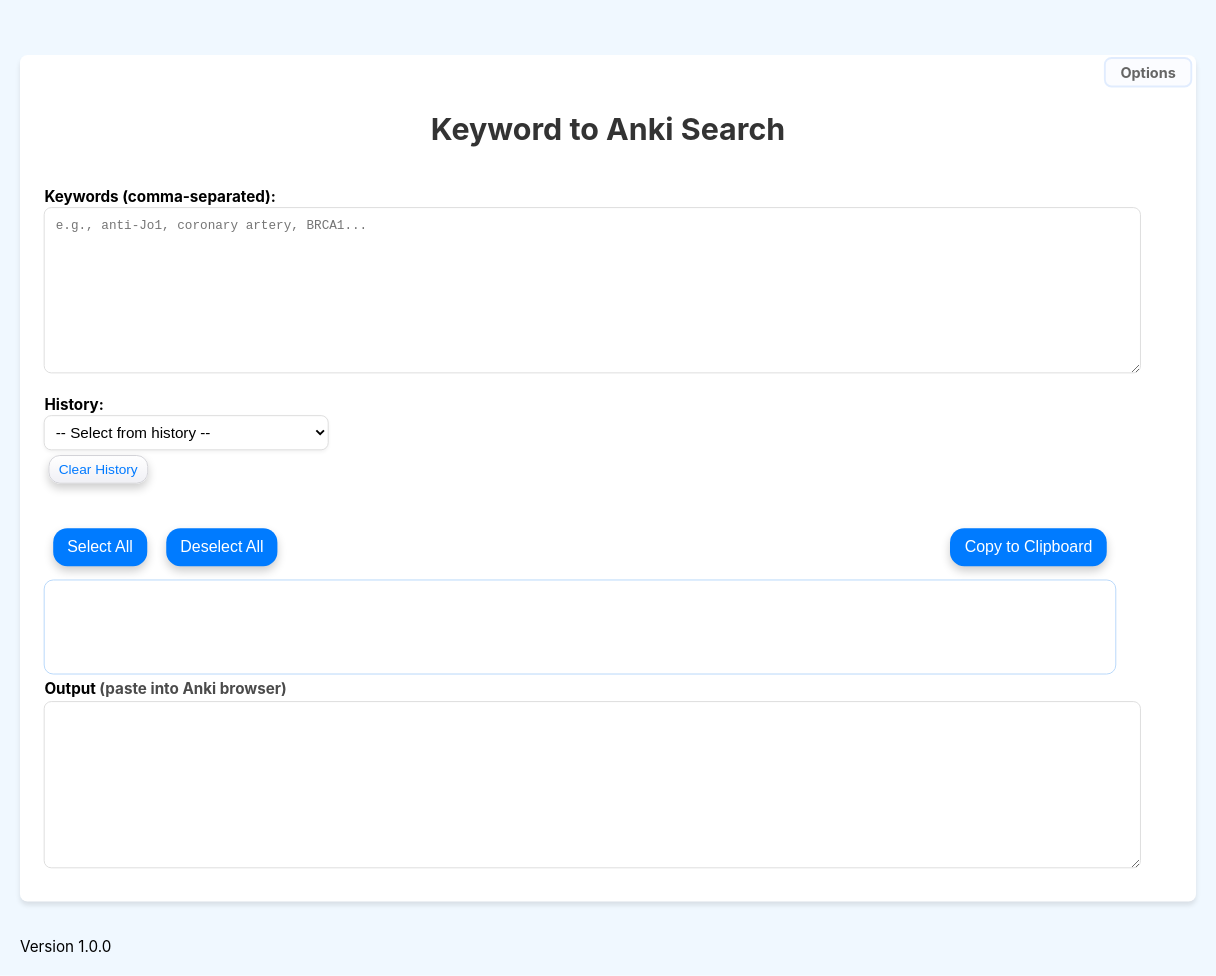
Repository: sharperdragon/Keyword-to-Search
Page: index.html
An editor plug-in stored every save of this project. The page is shown before and after the next save, followed by the edit.
The browser window is 1280 px wide. The pictures show the whole page, at 95% of full size.

Above is the page before, as saved 2025-05-10 16:13:43.

### index.html
<!DOCTYPE html>
<html lang="en">
<head>
    <meta charset="UTF-8">
    <meta name="viewport" content="width=device-width, initial-scale=1.0">
    <title>Anki Easy Search</title>
    <link rel="stylesheet" href="/Keyword-to-Search/static/style.css">
    <link rel="icon" href="/UWorld-ID-to-Anki-Tag/favicon.png" type="image/png">
</head>
<body>
    <div class="container">
        <!-- Mode Section with Options hover effect -->
        <div id="mode_section">
            <span>Options</span>
            <div class="options_container">
                <div class="field_option selected_field_option" data-value="Text">Text</div>
                <div class="field_option" data-value="Front">Front</div>
                <div class="field_option" data-value="Extra">Extra</div>
                <div class="field_option" data-value="NID">NID</div>
                <div class="field_option" data-value="CID">CID</div>
                <div class="field_option" data-value="Any">*ANY*</div>
            </div>
            <select id="field_select" style="display:none;">
                <option value="Text" selected>Text</option>
                <option value="Front">Front</option>
                <option value="Extra">Extra</option>
                <option value="NID">NID</option>
                <option value="CID">CID</option>
                <option value="Any">*Any*</option>
            </select>
        </div>
        <h1>Keyword to Anki Search</h1>
        <div class="input-history-wrapper sticky-history">
            <!-- Input Field -->
            <div>
                <label for="input_ids">Keywords (comma-separated):</label>
                <textarea id="input_ids" rows="4" placeholder="e.g., anti-Jo1, coronary artery, BRCA1..."></textarea>
            </div>

            <!-- History Dropdown -->
            <div style="min-width: 220px; max-width: 300px;">
                <label for="history_select">History:</label>
                <select id="history_select" style="width: 100%;">
                    <option value=""> - Select from history - </option>
                </select>
            </div>
        </div>

        <!-- Buttons for Select All/Deselect All -->
        <div id="selection_buttons">
            <button id="select_all">Select All</button>
            <button id="deselect_all">Deselect All</button>
            <button id="copy_button">Copy to Clipboard</button>
        </div>

        <!-- Generated Questions -->
        <div id="question_list"></div>

        <!-- Output Section -->
        <label for="output_text">Output <span style="opacity:0.7">(paste into Anki browser)</span></label>
        <textarea id="output_text" rows="5" readonly></textarea>
    </div>

    <script type="module" src="./static/script.js"></script>
    <footer>Version 1.0.0</footer>
</body>
</html>

### static/style.css
body {
    font-family: "Rubik", -apple-system, system-ui, BlinkMacSystemFont, Segoe UI, Roboto, Helvetica, Arial, sans-serif;
    margin: 20px;
    padding: 1px;
    max-width: -webkit-fill-available;
    background-color: aliceblue;
}

.container {
    max-width: 98vw;
    margin: 3% auto;
    padding: 2%;
    background: #ffffff;
    border-radius: 8px;
    box-shadow: 0 4px 6px rgba(0, 0, 0, 0.1);
    display: flex;
    flex-direction: column; /* Stacks items vertically */
    align-items: unset; /* Centers items horizontally */
    gap: 3px; /* Adds consistent spacing */
}

h1 {
    text-align: center;
    color: #333333;
    padding: 1%;
}

label {
    font-weight: bold;
    margin: 0;
    display: block;
    padding: 1px;
}

textarea {
    width: 95%;
    margin-bottom: 10px;
    min-height:150px;
    padding: 10px;
    border: 1px solid #ddd;
    border-radius: 8px;
    padding: 1%;
    max-width: -webkit-fill-available;
}

/* Fix all divs to maintain consistent height */
div {
    position: relative; /* Prevents hover effects from changing layout */

}

/* Button Styles */
button {
    background-color: #007bff;
    display: inline-flex;
    gap: 10px;
    color: white;
    border: none;
    padding: 10px 15px;
    border-radius: 15px;
    cursor: pointer;
    font-size: 105%;
    box-shadow: 0 5px 10px rgba(0, 0, 0, 0.2);
    transition: transform 0.2s ease, box-shadow 0.2s ease;
    position: relative; /* Lock button in place */
    box-sizing: border-box; /* Ensure padding and border don't affect size */
    z-index: 1; /* Ensure hover effects stay above other elements */
    margin: 10px;
}

/* Hover effect without shifting elements */
button:hover {
    background-color: #0c66c6;
    color: offwhite;
    box-shadow: 0 8px 12px rgba(0, 0, 0, 0.3);
    transform: translateY(2px); /* Hover effect without affecting layout */
}

div#selection_buttons {
    display: flex;
    justify-content: space-between;
    align-items: center;
    width: 95%;
    margin: 0 0 1px 0;
    margin-top: 4px;
}

#mode_section {
    position: absolute;  /* Fixed positioning */
    top: 2px;
    right: 4px;
    width: 75px;         /* 🔒 Lock width */
    height: 20px;         /* 🔒 Lock height */
    background-color: #f9fbff;
    border: 2px solid #cee1fe;
    border-radius: 8px;
    padding: 4px 7px;
    font-size: 95%;
    opacity: 0.6;
    transition: background-color 0.3s ease, opacity 0.3s ease;
    display: flex;
    align-items: center;
    justify-content: center;
    z-index: 200;
}

#mode_section:hover {
    opacity: 1;
    background-color: #e8f0ff;
    border-top-left-radius:0px;
    border-bottom-left-radius:0px;
    border-left: none;
}

#mode_section span {
    font-weight: bold;
    pointer-events: none; /* So only the container triggers hover */
}
/* Hide the options by default */
.options_container {
    display: none;
    position: absolute;
    top: -2px;  /* below the #mode_section */
    right: 89px;
    /* background-color: white; */
    box-shadow: 0 6px 10px rgba(0, 0, 0, 0.1);
    padding: 0px;
    border-radius: 8px;
    z-index: 300;
    flex-direction: column;
    gap: 0;
    object-fit:contain;
    /* min-width: 120px; */
}

/* Reveal on hover without affecting layout */
#mode_section:hover .options_container {
    display: flex;
    border-top-right-radius:0px;
    border: 1px solid #d0e3ff;
    overflow:hidden;
}

.field_option {
    position: relative;
    overflow: hidden;
    cursor: pointer;
    font-size: 16px;
    transition: background-color 0.2s ease, transform 0.1s ease;
    background-color: #ffffff;
    padding: 10px 14px;
    border-radius: 0px;
    box-shadow: 0 -px 8px rgba(0, 0, 0, 0.1);
    margin: 0.2px 0;
    width: 60px;
    overflow:hidden;
}

.field_option:hover {
    background-color: #e0ecff;
    overflow:hidden;
}

.field_option:active {
    background-color: #d0dcf5;
    transform: scale(0.96);
    overflow:hidden;
}

.selected_field_option {
    background-color: #b9cdf9 !important;
    color: #003366;
    font-weight: bold;
}




/* Container for question list */
div#question_list {
    display: flex;
    flex-wrap: wrap; /* Allow wrapping of items to next row */
    gap: 10px; /* Space between items */
    overflow-x: auto; /* Enable horizontal scrolling */
    overflow-y: hidden; /* Disable vertical overflow */
    width: 95%;
    padding: 10px;
    box-sizing: border-box;
    border: 1px solid #b7d7fa;
    border-radius: 10px;
    min-height: 100px; /* Set a fixed height */
    max-height:60vh;
    overflow:auto;
}

/* Styling for each individual label (checkbox item) */
#question_list label {
    display: flex;
    align-items: center;
    justify-content: flex-start;
    box-sizing: border-box;
    padding: 1px 2px;
    background-color: #f9f9f9;
    border: 1px solid #ddd;
    border-radius: 5px;
    cursor: pointer;
    width: fit-content; /* 10 questions per row, adjust the width accordingly */
    min-width: 230px;
    word-wrap: normal; /* Break long words if necessary */
    max-height: 38px;
    padding: 8px 2px;
}
#question_list label span.id {
    padding-right:4px;
}

/* Ensures the checkboxes and text are aligned correctly */
#question_list input[type="checkbox"] {
    margin-right: 10px; /* Space between checkbox and text */
}

/* Styling for the question number */
.number {
    margin-right: 8px; /* Adjust the space between the number and ID */
}

.id {
    opacity: 0.7; /* Maintain the desired opacity for the question ID */
}

#copy_button {
    margin-left: auto;
}


/* Updated history section */
div#history_section {
    display: flex;
    gap: 10px;
    align-items: flex-start;
    margin-bottom: 10px;
}

div#history_section > div {
    flex: 1;
}

div#history_section > div > label {
    margin: 0;
}

div#history_section > div > select {
    width: 100%;
}

#history_select {
    padding: 8px;
    font-size: 100%;
    border-radius: 8px;
    border: 1px solid #ddd;
    background-color: #fff;
    box-shadow: 0 2px 4px rgba(0,0,0,0.05);
    transition: border-color 0.3s ease, box-shadow 0.3s ease;
}

#history_select:focus {
    border-color: #007bff;
    outline: none;
    box-shadow: 0 0 5px rgba(0,123,255,0.5);
}

.input-history-wrapper {
    display: flex;
    flex-direction: column;
    gap: 8px;
    margin-bottom: 12px;
}

.sticky-history {
    position: static;
    z-index: auto;
    background-color: white;
    padding-top: 4px;
    padding-bottom: 8px;
}

.history-feedback {
    position: relative;
    right: 0;
    top: -10px;
    font-size: 14px;
    color: green;
    animation: floatUpFade 0.7s ease forwards;
    pointer-events: none;
    user-select: none;
    z-index: 1000;
    white-space: nowrap;
}

/* Subtle button press animation */
button:active {
    transform: translateY(1px);
    box-shadow: 0 3px 6px rgba(0, 0, 0, 0.2);
}

/* Make Clear History button a bit smaller and softer */
#clear_history_button {
    background: linear-gradient(to bottom, #ffffff, #f0f0f5);
    color: #007aff;
    border: 1px solid #d1d1d6;
    border-radius: 12px;
    font-weight: 500;
    font-size: 90%;
    padding: 6px 10px;
    cursor: pointer;
    transition: background 0.3s ease, transform 0.2s ease;
    margin-left: 5px;
    margin-top: 5px;
}

#clear_history_button:hover {
    background: #e5e5ea;
}

.ripple {
    position: relative;
    width: 10px;
    height: 10px;
    background: rgba(0, 123, 255, 0.4);
    opacity: 1;
    border-radius: 50%;
    transform: scale(0);
    animation: ripple-animation 0.6s linear;
    pointer-events: none;
    z-index: 0;
}

@keyframes ripple-animation {
    to {
        transform: scale(15);
        opacity: 0;
    }
}

### static/script.js
import { debounce, createDropdown, buildSearchClause, loadLocalStorage} from './utils.js';
let lastSavedInput = "";
const STORAGE_KEY = "keywordSearchHistory";

const inputField = document.getElementById("input_ids");
const questionList = document.getElementById("question_list");
const outputText = document.getElementById("output_text");
const selectAllButton = document.getElementById("select_all");
const deselectAllButton = document.getElementById("deselect_all");
const copyButton = document.getElementById("copy_button");
const historySelect = document.getElementById("history_select");

// Update the question list dynamically and save to history on input
inputField.addEventListener("input", debounce(() => {
    updateQuestionList(); // update displayed items only
}, 300));

// Event listener for Select All button
selectAllButton.addEventListener("click", () => {
    toggleSelection(true);
    updateOutput();
});

function saveToHistory(entry) {
    if (!entry || !entry.trim()) return;
    const fieldValue = document.getElementById("field_select") ? document.getElementById("field_select").value : "Text";
    let history = JSON.parse(localStorage.getItem(STORAGE_KEY) || "[]");
    history = history.filter(e => e.input !== entry); // Remove duplicates
    history.unshift({input: entry, field: fieldValue}); // Add to top
    if (history.length > 20) history = history.slice(0, 20); // Limit size
    localStorage.setItem(STORAGE_KEY, JSON.stringify(history));
    updateHistoryDropdown();

    // Visual feedback
    const feedback = document.createElement("span");
    feedback.className = "history-feedback";
    feedback.textContent = "+1";
    const parent = historySelect.parentElement;
    parent.style.position = "relative";
    parent.appendChild(feedback);
    setTimeout(() => feedback.remove(), 1000);
}

function updateHistoryDropdown() {
    const history = JSON.parse(localStorage.getItem(STORAGE_KEY) || "[]");
    historySelect.innerHTML = '<option value="">-- Select from history --</option>';
    history.forEach(item => {
        const option = document.createElement("option");
        option.value = JSON.stringify(item);
        option.textContent = `${item.input} (Field: ${item.field})`;
        historySelect.appendChild(option);
    });
}

historySelect.addEventListener("change", () => {
    if (historySelect.value) {
        try {
            const selected = JSON.parse(historySelect.value);
            inputField.value = selected.input;
            const fieldSelect = document.getElementById("field_select");
            if(fieldSelect && selected.field) {
                fieldSelect.value = selected.field;
            }
            updateQuestionList();
        } catch(e) {
            // Fallback if parsing fails
            inputField.value = historySelect.value;
            updateQuestionList();
        }
    }
});

// Removed inline call to populateHistoryDropdown to avoid race conditions

// Event listener for Deselect All button
deselectAllButton.addEventListener("click", () => {
    toggleSelection(false);
    updateOutput();
});

function updateQuestionList() {
    questionList.innerHTML = ""; // Clear previous list
    const inputIDs = inputField.value.trim();

    if (!inputIDs) {
        if (lastSavedInput !== "") {
            saveToHistory("");
            lastSavedInput = "";
            updateHistoryDropdown();
        }
        return;
    }

    const ids = [];
    const regex = /"([^"]+)"|([^,]+)/g;
    let match;
    while ((match = regex.exec(inputIDs)) !== null) {
        const item = match[1] ? `"${match[1].trim()}"` : match[2].trim();
        if (item) ids.push(item);
    }

    ids.forEach((id, index) => {
        const label = document.createElement("label");
        const checkbox = document.createElement("input");
        checkbox.type = "checkbox";
        checkbox.value = id;
        checkbox.checked = true;
        label.appendChild(checkbox);
        label.innerHTML += `
            <span class="number">${index + 1})</span>
            <span class="space"> </span>
            <span class="id">${id}</span>`;
        questionList.appendChild(label);
        questionList.appendChild(document.createElement("br"));
    });
    setTimeout(updateOutput, 0);
}

function toggleSelection(selectAll) {
    const checkboxes = questionList.querySelectorAll("input[type='checkbox']");
    checkboxes.forEach(checkbox => {
        checkbox.checked = selectAll;
        checkbox.dispatchEvent(new Event("change"));
    });
}

function updateOutput() {
    const selectedIDs = Array.from(document.querySelectorAll("#question_list input:checked"))
                             .map(input => input.value);

    const selectedField = document.getElementById("field_select").value || "Text";

    if (!selectedIDs.length) {
        outputText.value = ""; // clear any text
        if (selectedField === "Text" || selectedField === "Front") {
            outputText.placeholder = `((${selectedField}:*jo1*) OR (${selectedField}:*antisaccromyces*) OR (${selectedField}:*poopy*))`;
        } else {
            outputText.placeholder = `((${selectedField}:jo1) OR (${selectedField}:antisaccromyces) OR (${selectedField}:poopy))`;
        }
        return;
    }
    function updatePlaceholderExample(selectedField) {
        const outputBox = document.getElementById("output_text");
        if (!outputBox) return;

        if (selectedField === "Text") {
            outputBox.placeholder = "((Text:*jo1*) OR (Text:*antisaccromyces*) OR (Text:*poopy*))";
        } else if (selectedField === "Front") {
            outputBox.placeholder = "((Front:*jo1*) OR (Front:*antisaccromyces*) OR (Front:*poopy*))";
        } else if (selectedField === "Extra") {
            outputBox.placeholder = "((Extra:*jo1*) OR (Extra:*antisaccromyces*) OR (Extra:*poopy*))";
        } else if (selectedField === "CID") {
            outputBox.placeholder = "((CID:jo1) OR (CID:antisaccromyces) OR (CID:poopy))";
        } else if (selectedField === "NID") {
            outputBox.placeholder = "((NID:jo1) OR (NID:antisaccromyces) OR (NID:poopy))";
        }
    }
    const outputParts = [];

    const fieldBehavior = {
        "Text": true,
        "Front": true,
        "Extra": true,
        "CID": false,
        "NID": false
    };
    const needsWildcard = fieldBehavior[selectedField] ?? true;

    selectedIDs.forEach(entry => {
        const words = entry.trim().split(/\s+/).map(w => w.trim()).filter(w => w.length > 0);

        if (words.length === 1) {
            if (needsWildcard) {
                outputParts.push(`(${selectedField}:*${words[0]}*)`);
            } else {
                outputParts.push(`(${selectedField}:${words[0]})`);
            }
        } else if (words.length > 1) {
            const wordClauses = words.map(w => {
                if (needsWildcard) {
                    return `(${selectedField}:*${w}*)`;
                } else {
                    return `(${selectedField}:${w})`;
                }
            });
            outputParts.push(`(${wordClauses.join(" ")})`);
        }
    });

    outputText.value = `(${outputParts.join(" OR ")})`;
}

questionList.addEventListener("change", updateOutput);

copyButton.addEventListener("click", () => {
    outputText.select();
    outputText.setSelectionRange(0, 99999); // For mobile compatibility
    navigator.clipboard.writeText(outputText.value).then(() => {
        const val = inputField.value.trim();
        if (val && val !== lastSavedInput) {
            saveToHistory(val);
            lastSavedInput = val;
        }
        updateHistoryDropdown();

        copyButton.textContent = "Copied!";
        setTimeout(() => (copyButton.textContent = "Copy to Clipboard"), 1500);
    });
});

// Ensure dropdown loads on page open
document.addEventListener("DOMContentLoaded", () => {
    updateHistoryDropdown();
    // Load latest history and populate input/field if history exists, but only if input is meaningful
    const history = JSON.parse(localStorage.getItem(STORAGE_KEY) || "[]");
    if (history.length > 0) {
        const latest = history[0];
        if (latest && typeof latest.input === "string" && latest.input.trim().length > 5) {
            inputField.value = latest.input;
            const fieldSelect = document.getElementById("field_select");
            if (fieldSelect && latest.field) {
                fieldSelect.value = latest.field;
            }
            if (fieldSelect && !latest.field) {
                fieldSelect.value = "Text";
            }
            updateQuestionList();
        } else {
            inputField.value = "";
        }
    }
    // --- BEGIN mode_section population ---
    const modeSection = document.getElementById("mode_section");
    if (modeSection) {
        const fieldSelect = document.getElementById("field_select");
        if (fieldSelect) {
            if (!fieldSelect.value) {
                fieldSelect.value = "Text";
            }
            fieldSelect.addEventListener("change", updateOutput);
        }
        const fieldOptions = document.querySelectorAll(".field_option");
        fieldOptions.forEach(option => {
            option.addEventListener("click", (e) => {
                const selectedField = option.getAttribute("data-value");
                const fieldSelect = document.getElementById("field_select");
                if (fieldSelect) {
                    fieldSelect.value = selectedField;
                }

                // Clear previous selection
                fieldOptions.forEach(opt => opt.classList.remove("selected_field_option"));
                // Mark this option as selected
                option.classList.add("selected_field_option");

                updateOutput();

                // Ripple effect
                const ripple = document.createElement("span");
                ripple.className = "ripple";

                const rect = option.getBoundingClientRect();
                ripple.style.left = `${e.clientX - rect.left}px`;
                ripple.style.top = `${e.clientY - rect.top}px`;

                option.appendChild(ripple);

                setTimeout(() => {
                    ripple.remove();
                }, 700);
            });
        });
    }
    // --- END mode_section population ---
    // Insert Clear History button after history dropdown
    const historyParent = historySelect.parentElement;
    const clearButton = document.createElement("button");
    clearButton.id = "clear_history_button";
    clearButton.textContent = "Clear History";
    clearButton.addEventListener("click", () => {
        if (confirm("Are you sure you want to clear all history?")) {
            localStorage.removeItem(STORAGE_KEY);
            updateHistoryDropdown();
        }
    });
    historyParent.appendChild(clearButton);
});

### static/utils.js
// Utility functions for Keyword-to-Search

export function debounce(func, delay = 300) {
    let timeout;
    return (...args) => {
        clearTimeout(timeout);
        timeout = setTimeout(() => func(...args), delay);
    };
}

export function createDropdown(id, optionsArray) {
    const select = document.createElement("select");
    select.id = id;
    optionsArray.forEach(optionText => {
        const option = document.createElement("option");
        option.value = optionText;
        option.textContent = optionText;
        select.appendChild(option);
    });
    return select;
}
export function buildSearchClause(field, word) {
    return `(${field}:*${word}*)`;
}

export function loadLocalStorage(key, fallback = []) {
    try {
        return JSON.parse(localStorage.getItem(key)) || fallback;
    } catch {
        return fallback;
    }
}

export function saveLocalStorage(key, data) {
    localStorage.setItem(key, JSON.stringify(data));
}

After the next save:
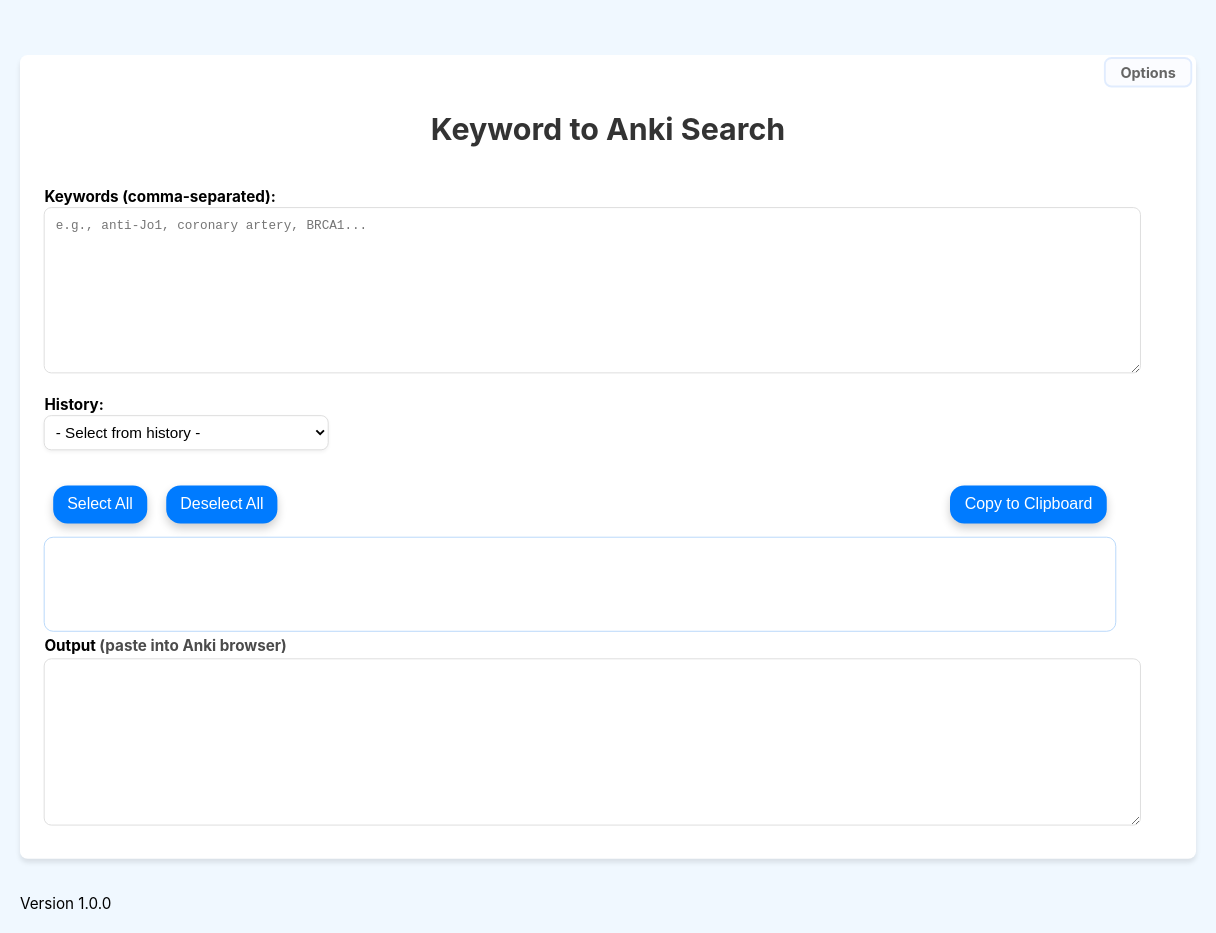
Console error: SyntaxError: Unexpected end of input
Saved 30 s later.
--- a/static/script.js
+++ b/static/script.js
@@ -153,7 +153,8 @@
             outputBox.placeholder = "((CID:jo1) OR (CID:antisaccromyces) OR (CID:poopy))";
         } else if (selectedField === "NID") {
             outputBox.placeholder = "((NID:jo1) OR (NID:antisaccromyces) OR (NID:poopy))";
-        }
+        } else if (selectedField === "NID") {
+            outputBox.placeholder = "((NID:jo1) OR (NID:antisaccromyces) OR (NID:poopy))";
     }
     const outputParts = [];
 
